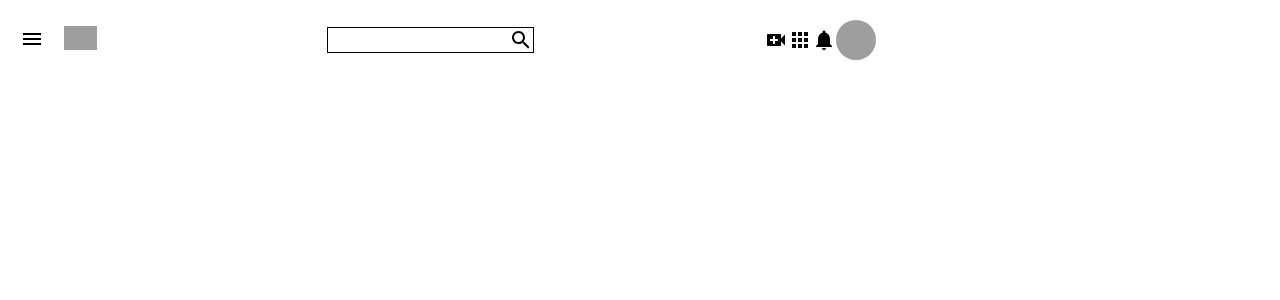
Repository: SubhashiniSundaresan/youtube-clone
Page: /
These files come from the project's save history. The page is drawn as it stood at one moment and after the next save; the edit follows.
The browser window is 1280 px wide. The pictures show the whole page.
Pictures or frames that could not be fetched are drawn as grey boxes. The project was rebuilt for these pictures with package versions that can differ from the ones it lists, and the page was loaded fresh each time. Also part of the build but not shown: src/App.css.

Above is the page before, as saved 2020-12-23 14:44:18.

After the next save:
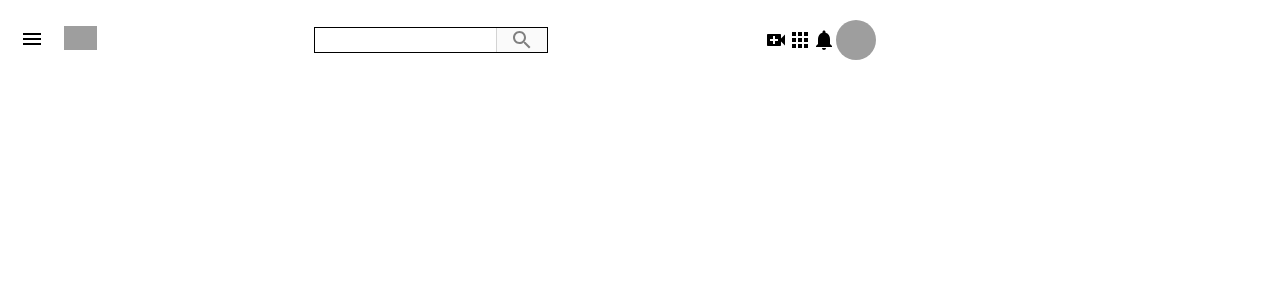
Saved 83 s later.
--- a/src/Header.css
+++ b/src/Header.css
@@ -27,7 +27,10 @@
 
 
 .header__inputButton {
-
+    width: 50px !important;
+    background-color: #fafafa;
+    border-left: 1px solid lightgray;
+    color: gray;
 }
 
 .header__input > input {
